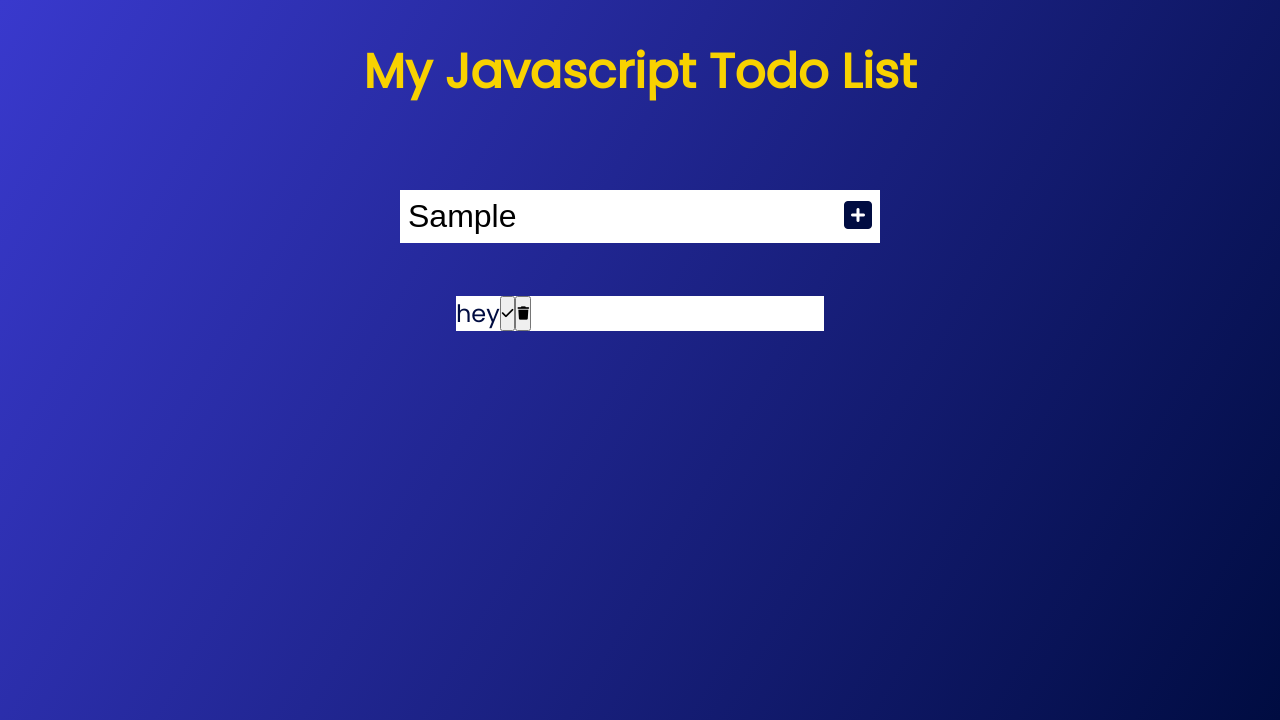
Repository: LuisMiLR/JavaScript-Todo-List
Page: index.html
These files come from the project's save history. The page is drawn as it stood at one moment and after a run of saves; the edit follows.
The browser window is 1280 px wide. The pictures show the whole page.
Empty fields were first filled with sample values (such as "Sample", 5 or name@example.com).
After loading, the first visible `button.todo-button` was clicked once.

Above is the page before, as saved 2023-05-01 14:44:20.

After the next 3 saves:
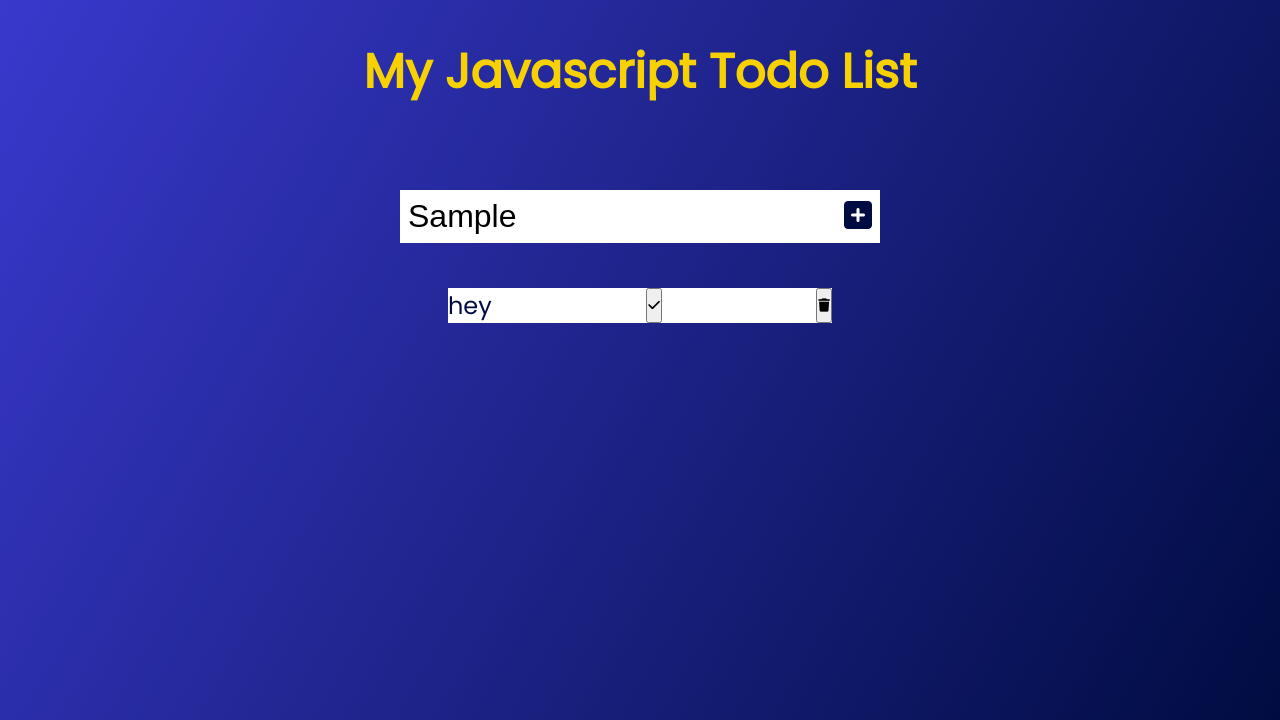
The 3 saves are shown as one change because they came seconds apart.
The last was saved 10 s later.
--- a/style.css
+++ b/style.css
@@ -52,7 +52,8 @@ form button:hover {
 
 .todo {
     display: flex;
-    justify-content: ;
+    justify-content: space-between;
+    align
     margin: 0.5rem;
     background: white;
     color: #000c41;
